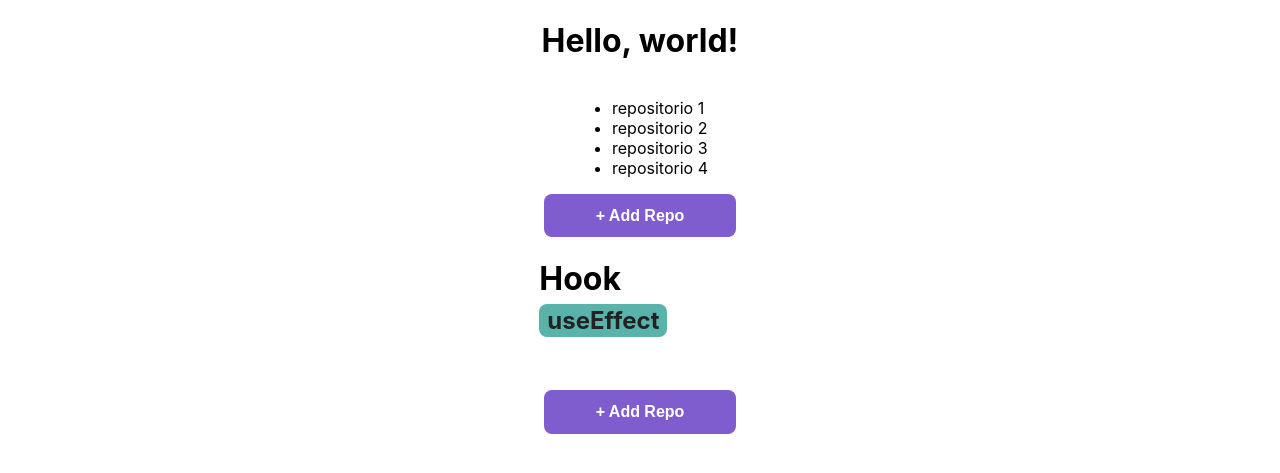
Repository: thiagolucio/react-hooks-use
Page: /
These files come from the project's save history. The page is drawn as it stood at one moment and after the next save; the edit follows.
The browser window is 1280 px wide. The pictures show the whole page.
The project was rebuilt for these pictures with package versions that can differ from the ones it lists, and the page was loaded fresh each time.

Above is the page before, as saved 2022-03-08 22:38:38.

### src/index.css
body {
  margin: 0;
  padding: 0;
  overflow-x: hidden;
  font-family: -apple-system, BlinkMacSystemFont, 'Segoe UI', 'Roboto', 'Oxygen',
    'Ubuntu', 'Cantarell', 'Fira Sans', 'Droid Sans', 'Helvetica Neue',
    sans-serif;
  -webkit-font-smoothing: antialiased;
  -moz-osx-font-smoothing: grayscale;
}

code {
  font-family: source-code-pro, Menlo, Monaco, Consolas, 'Courier New',
    monospace;
}

.container_column_center {
  display: flex;
  flex-direction: column;
  justify-content: flex-start;
  align-items: center;
}

.container_row_center {
  display: flex;
  flex-direction: row;
  justify-content: flex-start;
}


.font18px {font-size: 18px;}
.font20px {font-size: 20px;}
.font22px {font-size: 22px;}
.font24px {font-size: 24px;}

### src/App.js
import React from "react";
import './App.css';

import UseStateExample from "./Components/UseStateExample";
import UseEffectExample from "./Components/UseEffectExample";



function App() {
  return (
    <>
      <UseStateExample />
      <UseEffectExample/>
    </>
  );
}

export default App;

### src/Components/UseStateExample.js
import React, { useState } from "react";
import "./UseStateExample.css";

function UseStateExample() {

  const [repositories, setRepositories] = useState([
    { id: 1, name: "repositorio 1" },
    { id: 2, name: "repositorio 2" },
    { id: 3, name: "repositorio 3" },
    { id: 4, name: "repositorio 4" },
  ]);

    function handleAddRepo() {

        let numName  = repositories.length + 1;

        setRepositories([...repositories, { id: Math.random(), name: "repositorio " + numName}]);
    }

  return (
    <div className="container">
      <h1>Hello, world!</h1>
      <ul>
        {repositories.map((repo) => (
          <li key={repo.id}>{repo.name}</li>
        ))}
      </ul>
      <button className="buttonApp" onClick={handleAddRepo}>+ Add Repo</button>
    </div>
  );
}

export default UseStateExample;

### src/Components/UseEffectExample.js
import React, { useState } from "react";
import "./UseStateExample.css";

function UseEffectExample() {

  const [repositories, setRepositories] = useState([]);

    function handleAddRepo() {

        let numName  = repositories.length + 1;

        setRepositories([...repositories, { id: Math.random(), name: "repositorio " + numName}]);
    }

  return (
    <div className="container">
      <h1>Hook <span className="badge-title">useEffect</span></h1>
      <ul>
        {repositories.map((repo) => (
          <li key={repo.id}>{repo.name}</li>
        ))}
      </ul>
      <button className="buttonApp" onClick={handleAddRepo}>+ Add Repo</button>
    </div>
  );
}

export default UseEffectExample;

### src/Components/UseStateExample.css
.buttonApp {
    font-size: 16px;
    padding: 1% 4%;
    background-color: #7f5dce;
    border: 2px solid #7f5dce;
    color: #fff;
    font-weight: bold;
    border: none;
    border-radius: 8px;
}

.buttonApp:hover {
    background-color: white;
    border: 2px solid #7f5dce;
    color: #7f5dce;
    transition: all 0.2s ease-in;
    cursor: pointer;
}

.buttonApp:click {
    background-color: 45336e;
    border: 2px solid #45336e;
    color: #7f5dce;
    transition: all 0.2s ease-in;
    cursor: pointer;
}

.badge-title {
    font-size: 24px;
    padding: 1% 4%;
    background-color: #59b3ab;
    color: #222;
    font-weight: bold;
    border: none;
    border-radius: 8px;
}

Loaded but not shown: public/index.html (common file); src/index.js (common file); src/reportWebVitals.js (common file); src/App.css (common file)

After the next save:
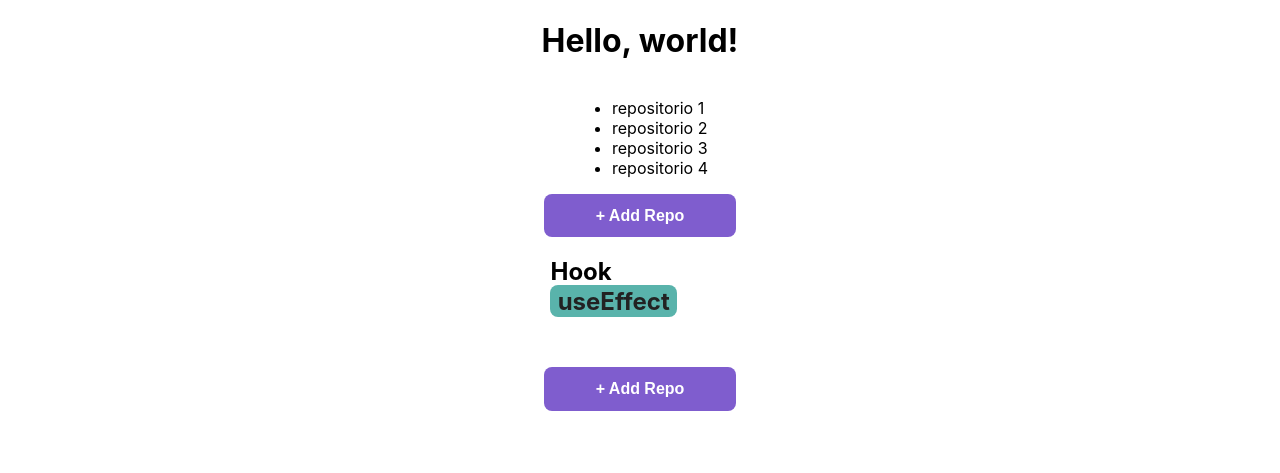
Saved 14 s later.
--- a/src/Components/UseEffectExample.js
+++ b/src/Components/UseEffectExample.js
@@ -14,7 +14,7 @@ function UseEffectExample() {
 
   return (
     <div className="container">
-      <h1>Hook <span className="badge-title">useEffect</span></h1>
+      <h2>Hook <span className="badge-title">useEffect</span></h2>
       <ul>
         {repositories.map((repo) => (
           <li key={repo.id}>{repo.name}</li>
